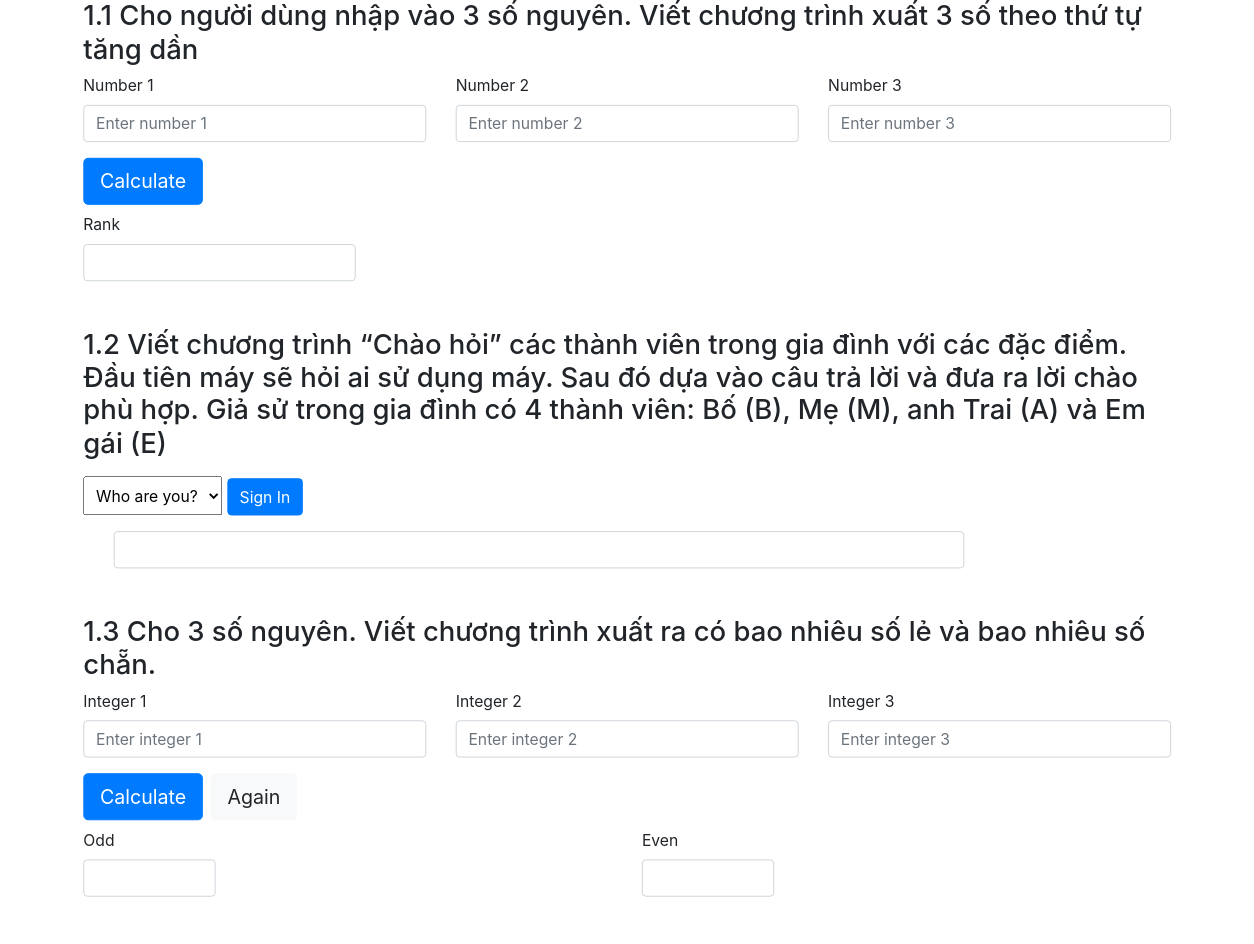
Repository: baobaodeveloper/bootscamp21__jsbasic__HuynhAnhBao
Page: index.html
These files come from the project's save history. The page is drawn as it stood at one moment and after the next save; the edit follows.
The browser window is 1280 px wide. The pictures show the whole page, at 98% of full size.

Above is the page before, as saved 2022-03-10 19:07:35.

### index.html
<!DOCTYPE html>
<html lang="en">
  <head>
    <title>javaScript basic</title>
    <!-- Required meta tags -->
    <meta charset="utf-8" />
    <meta
      name="viewport"
      content="width=device-width, initial-scale=1, shrink-to-fit=no"
    />

    <!-- Bootstrap CSS -->
    <link
      rel="stylesheet"
      href="https://stackpath.bootstrapcdn.com/bootstrap/4.3.1/css/bootstrap.min.css"
      integrity="sha384-ggOyR0iXCbMQv3Xipma34MD+dH/1fQ784/j6cY/iJTQUOhcWr7x9JvoRxT2MZw1T"
      crossorigin="anonymous"
    />
  </head>
  <body>
    <!-- Cho người dùng nhập vào 3 số nguyên. Viết chương trình xuất 3 số theo thứ tự tăng dần -->
    <div class="container mb-xl-5">
      <h3>
        1.1 Cho người dùng nhập vào 3 số nguyên. Viết chương trình xuất 3 số
        theo thứ tự tăng dần
      </h3>

      <div class="row">
        <div class="col">
          <label class="form-label">Number 1</label>
          <input
            type="text"
            class="form-control num1"
            placeholder="Enter number 1"
          />
        </div>
        <div class="col">
          <label class="form-label">Number 2</label>
          <input
            type="number"
            class="form-control num2"
            placeholder="Enter number 2"
          />
        </div>
        <div class="col">
          <label class="form-label">Number 3</label>
          <input
            type="number"
            class="form-control num3"
            placeholder="Enter number 3"
          />
        </div>
      </div>

      <button type="button " class="btn btn-primary btn-lg mt-3 mb-2 btn-rank">
        Calculate
      </button>

      <div class="mt-3 m-auto">
        <label class="form-label">Rank</label>
        <input type="text" class="form-control w-25 result1" />
      </div>
    </div>

    <!-- Viết chương trình “Chào hỏi” các thành viên trong gia đình với các đặc điểm. Đầu tiên máy
    sẽ hỏi ai sử dụng máy. Sau đó dựa vào câu trả lời và đưa ra lời chào phù hợp. Giả sử trong
    gia đình có 4 thành viên: Bố (B), Mẹ (M), anh Trai (A) và Em gái (E) -->
    <div class="container mb-5">
      <h3 class="mb-3">
        1.2 Viết chương trình “Chào hỏi” các thành viên trong gia đình với các
        đặc điểm. Đầu tiên máy sẽ hỏi ai sử dụng máy. Sau đó dựa vào câu trả lời
        và đưa ra lời chào phù hợp. Giả sử trong gia đình có 4 thành viên: Bố
        (B), Mẹ (M), anh Trai (A) và Em gái (E)
      </h3>

      <select class="form-select p-2" aria-label="Default select example">
        <option selected>Who are you?</option>
        <option value="M">M</option>
        <option value="B">B</option>
        <option value="A">A</option>
        <option value="E">E</option>
      </select>

      <button type="button" class="btn btn-primary btn-sign-in">Sign In</button>

      <div class="m-3 row">
        <div class="col-sm-10">
          <input
            type="text"
            class="form-control output-sign-in"
            id="inputPassword"
          />
        </div>
      </div>
    </div>

    <!--  1.3 Cho 3 số nguyên. Viết chương trình xuất ra có bao nhiêu số lẻ và bao nhiêu số chẵn.-->
    <div class="container mb-xl-5">
      <h3>
        1.3 Cho 3 số nguyên. Viết chương trình xuất ra có bao nhiêu số lẻ và bao
        nhiêu số chẵn.
      </h3>

      <div class="row">
        <div class="col">
          <label class="form-label">Integer 1</label>
          <input
            type="text"
            class="form-control integer1"
            placeholder="Enter integer 1"
          />
        </div>
        <div class="col">
          <label class="form-label">Integer 2</label>
          <input
            type="number"
            class="form-control integer2"
            placeholder="Enter integer 2"
          />
        </div>
        <div class="col">
          <label class="form-label">Integer 3</label>
          <input
            type="number"
            class="form-control integer3"
            placeholder="Enter integer 3"
          />
        </div>
      </div>

      <div class="d-flex">
        <button
          type="button"
          class="btn btn-primary btn-lg mt-3 mb-2 btn-integer mr-2"
        >
          Calculate
        </button>

        <button type="button " class="btn btn-light btn-lg mt-3 mb-2 btn-again">
          Again
        </button>
      </div>

      <div class="row">
        <div class="mt-3 m-auto col">
          <label class="form-label">Odd</label>
          <input type="text" class="form-control w-25 outputOdd" />
        </div>
        <div class="mt-3 m-auto col">
          <label class="form-label">Even</label>
          <input type="text" class="form-control w-25 outputEven" />
        </div>
      </div>
    </div>

    <!-- Optional JavaScript -->
    <!-- jQuery first, then Popper.js, then Bootstrap JS -->
    <script
      src="https://code.jquery.com/jquery-3.3.1.slim.min.js"
      integrity="sha384-q8i/X+965DzO0rT7abK41JStQIAqVgRVzpbzo5smXKp4YfRvH+8abtTE1Pi6jizo"
      crossorigin="anonymous"
    ></script>
    <script
      src="https://cdnjs.cloudflare.com/ajax/libs/popper.js/1.14.7/umd/popper.min.js"
      integrity="sha384-UO2eT0CpHqdSJQ6hJty5KVphtPhzWj9WO1clHTMGa3JDZwrnQq4sF86dIHNDz0W1"
      crossorigin="anonymous"
    ></script>
    <script
      src="https://stackpath.bootstrapcdn.com/bootstrap/4.3.1/js/bootstrap.min.js"
      integrity="sha384-JjSmVgyd0p3pXB1rRibZUAYoIIy6OrQ6VrjIEaFf/nJGzIxFDsf4x0xIM+B07jRM"
      crossorigin="anonymous"
    ></script>

    <!-- <script src="exercise1.js"></script> -->
    <!-- <script src="exercise2.js"></script> -->
    <script src="exercise3.js"></script>
  </body>
</html>

### exercise3.js
const interger1 = document.querySelector(".integer1");
const interger2 = document.querySelector(".integer2");
const interger3 = document.querySelector(".integer3");
const btnInteger = document.querySelector(".btn-integer");
const outputOdd = document.querySelector(".outputOdd");
const outputEven = document.querySelector(".outputEven");
const btnAgain = document.querySelector(".btn-again");
btnInteger.addEventListener("click", () => {
  let odd = 0;
  let even = 0;

  +interger1.value % 2 === 0 ? even++ : odd++;

  +interger2.value % 2 === 0 ? even++ : odd++;

  +interger3.value % 2 === 0 ? even++ : odd++;

  outputOdd.value = odd;
  outputEven.value = even;
});

After the next save:
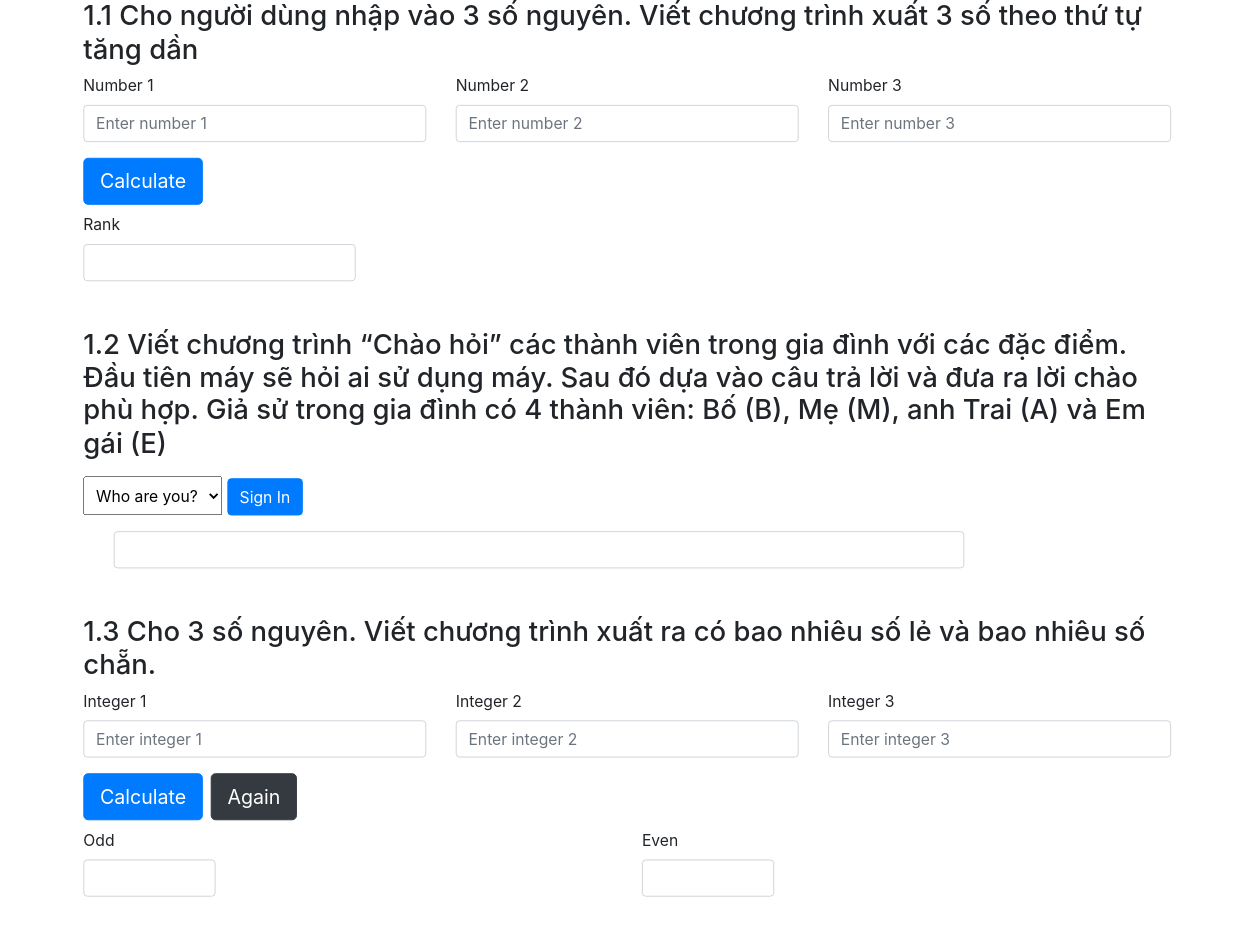
Saved 10 s later.
--- a/index.html
+++ b/index.html
@@ -136,7 +136,7 @@
           Calculate
         </button>
 
-        <button type="button " class="btn btn-light btn-lg mt-3 mb-2 btn-again">
+        <button type="button " class="btn btn-light btn-lg mt-3 mb-2 btn-dark">
           Again
         </button>
       </div>
